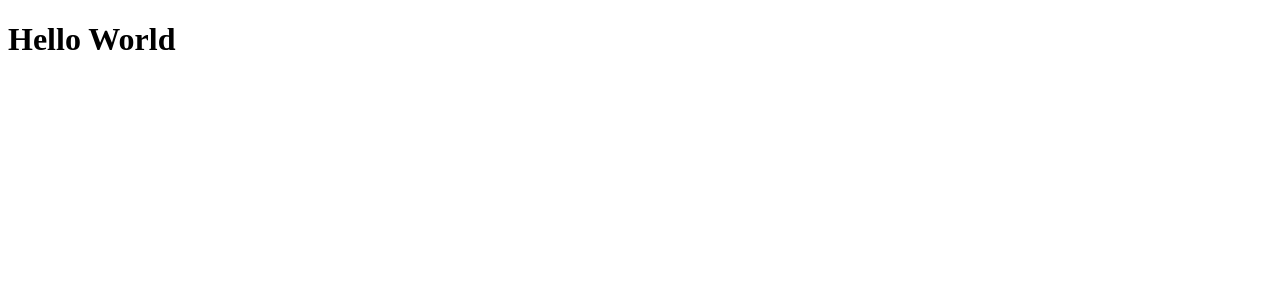
Repository: mrhpn/JavaEE--JSP-SERVLET
Page: http://localhost/JSP_JSTL/hello-world.jsp
An editor plug-in stored every save of this project. The page is shown before and after the next save, followed by the edit.
The browser window is 1280 px wide. The pictures show the whole page.
The page is served by Tomcat 9.

Above is the page before, as saved 2021-03-25 07:53:32.

After the next save:
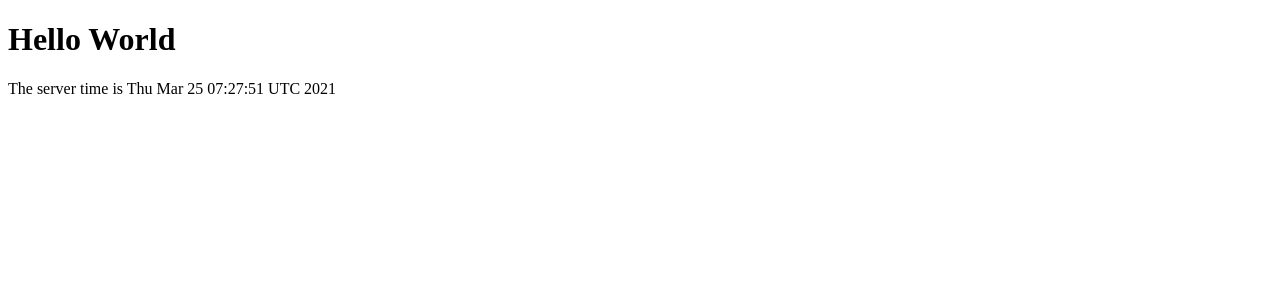
Saved 102 s later.
--- a/JSP_JSTL/WebContent/hello-world.jsp
+++ b/JSP_JSTL/WebContent/hello-world.jsp
@@ -1,3 +1,4 @@
+<%@page import="java.util.Date"%>
 <%@ page language="java" contentType="text/html; charset=UTF-8"
     pageEncoding="UTF-8"%>
 <!DOCTYPE html>
@@ -8,5 +9,7 @@
 </head>
 <body>
 	<h1>Hello World</h1>
+
+	The server time is <%= new Date() %>
 </body>
 </html>
